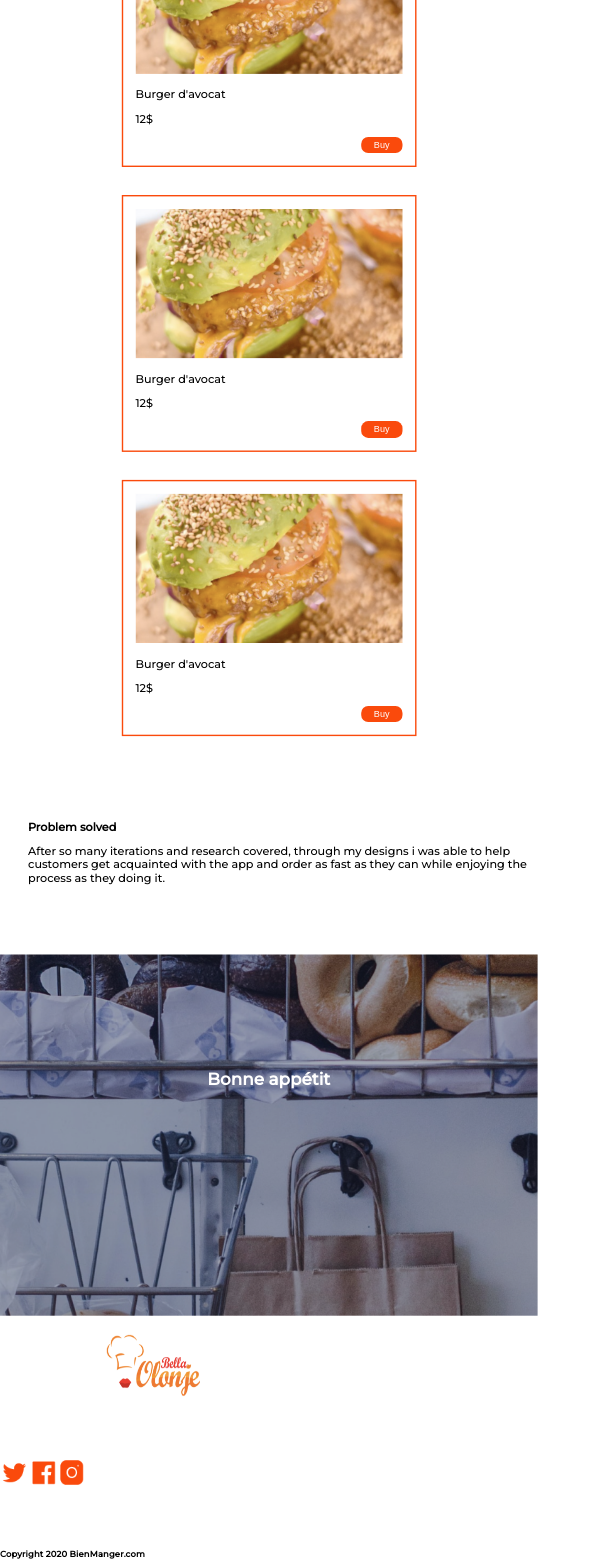
Repository: Ahlam-belhadj/bella-olange
Page: index.html
These files come from the project's save history. The page is drawn as it stood at one moment and after a run of saves; the edit follows.
The browser window is 768 px wide. The page is 858 px wide, so the pictures cover 858 px, including what lies to the right of the window. The pictures show the part of the page from y = 4002 to 6242 px (the page is 6242 px tall), at 70% of full size.

Above is the page before, as saved 2023-02-12 00:42:48.

After the next 2 saves:
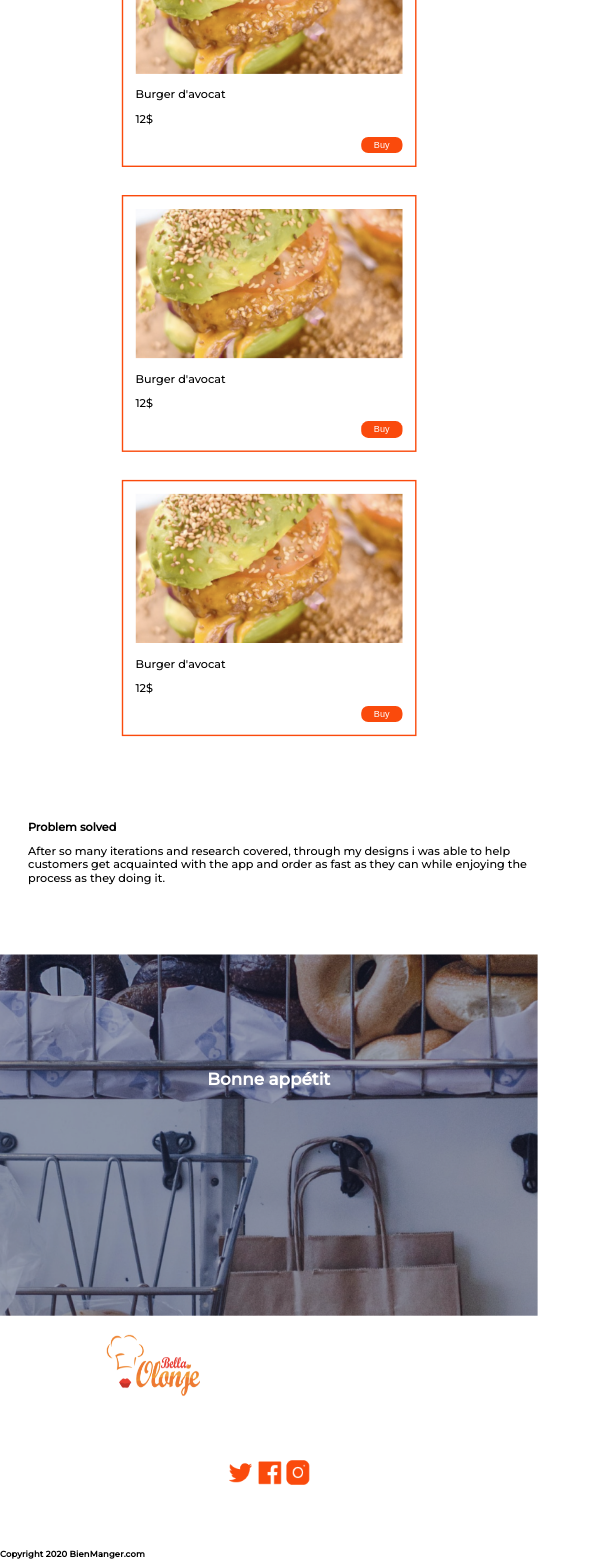
The 2 saves are shown as one change because they came seconds apart.
The last was saved 8 s later.
--- a/style.css
+++ b/style.css
@@ -281,7 +281,7 @@ strong {
     }
     .social {
         display: flex;
-        flex-direction: ;
+        justify-content: center;
     }
 
     .nav-menu {
